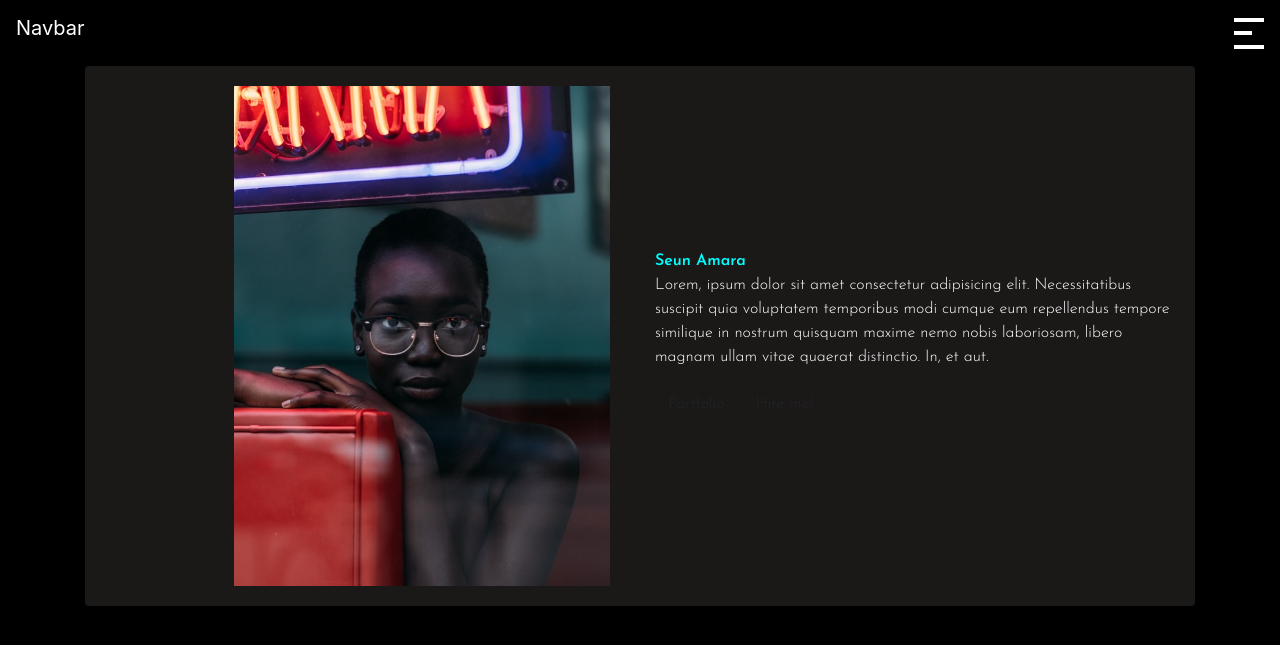
Repository: latenightsnacc/portfolio-site
Page: index.html
These files come from the project's save history. The page is drawn as it stood at one moment and after the next save; the edit follows.
The browser window is 1280 px wide. The pictures show the whole page.
The style sheet was rebuilt from its Sass, Less or Tailwind sources for each picture, by a compiler version that may differ from the author's.

Above is the page before, as saved 2020-08-03 14:37:56.

After the next save:
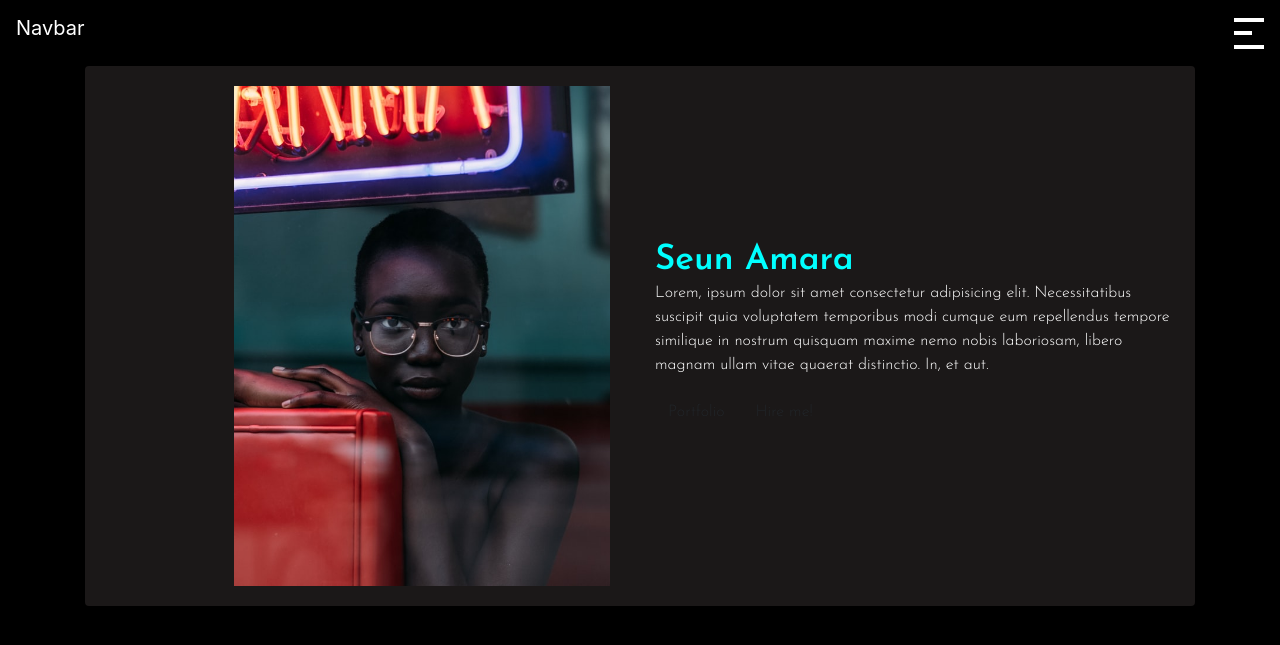
Saved 19 s later.
--- a/styles/stylesheet.scss
+++ b/styles/stylesheet.scss
@@ -43,6 +43,8 @@ body,html, .bg-dark {
     .name {
         font-weight: $bold;
         color: #0ff;
+        line-height: 40px;
+        font-size: 35px;
     }
     p {
         color: $light;
